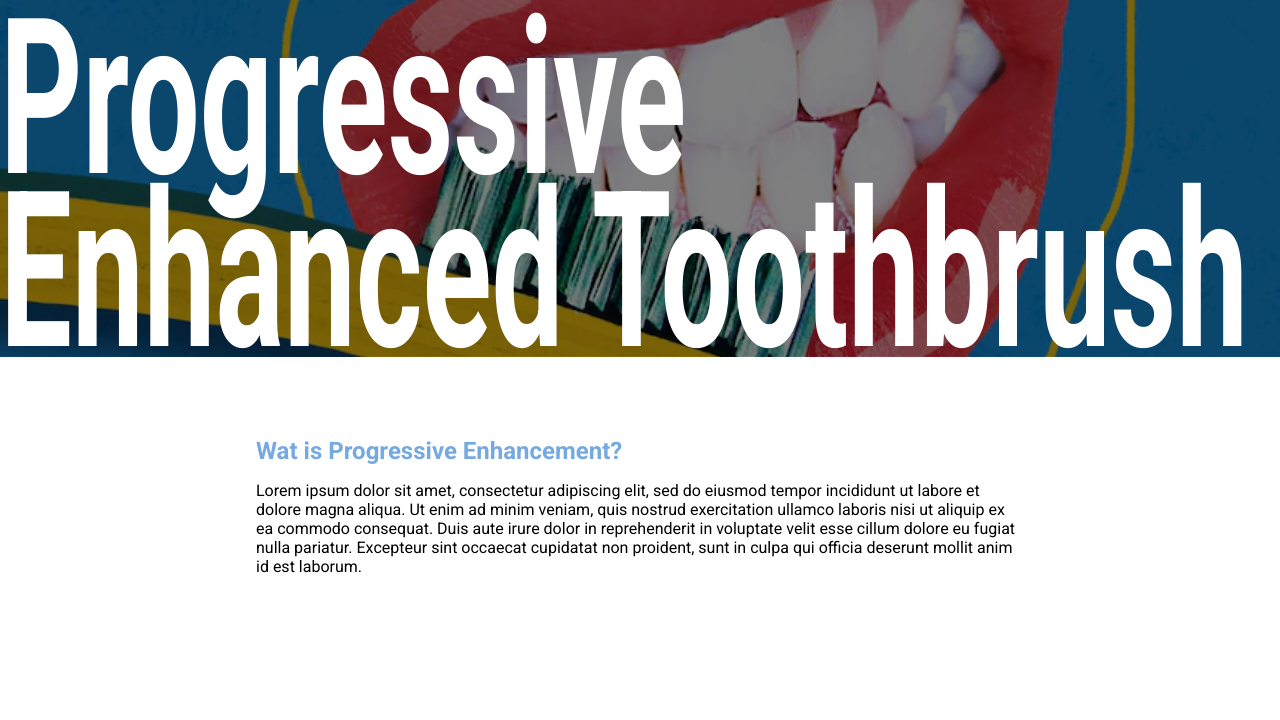
Repository: norakramer1/browser-technologies-2122
Page: progressive-enhanced-toothbrush-main/index.html
An editor plug-in stored every save of this project. The page is shown before and after the next save, followed by the edit.
The browser window is 1280 px wide. The pictures show the whole page.

Above is the page before, as saved 2022-03-23 12:23:08.

After the next save:
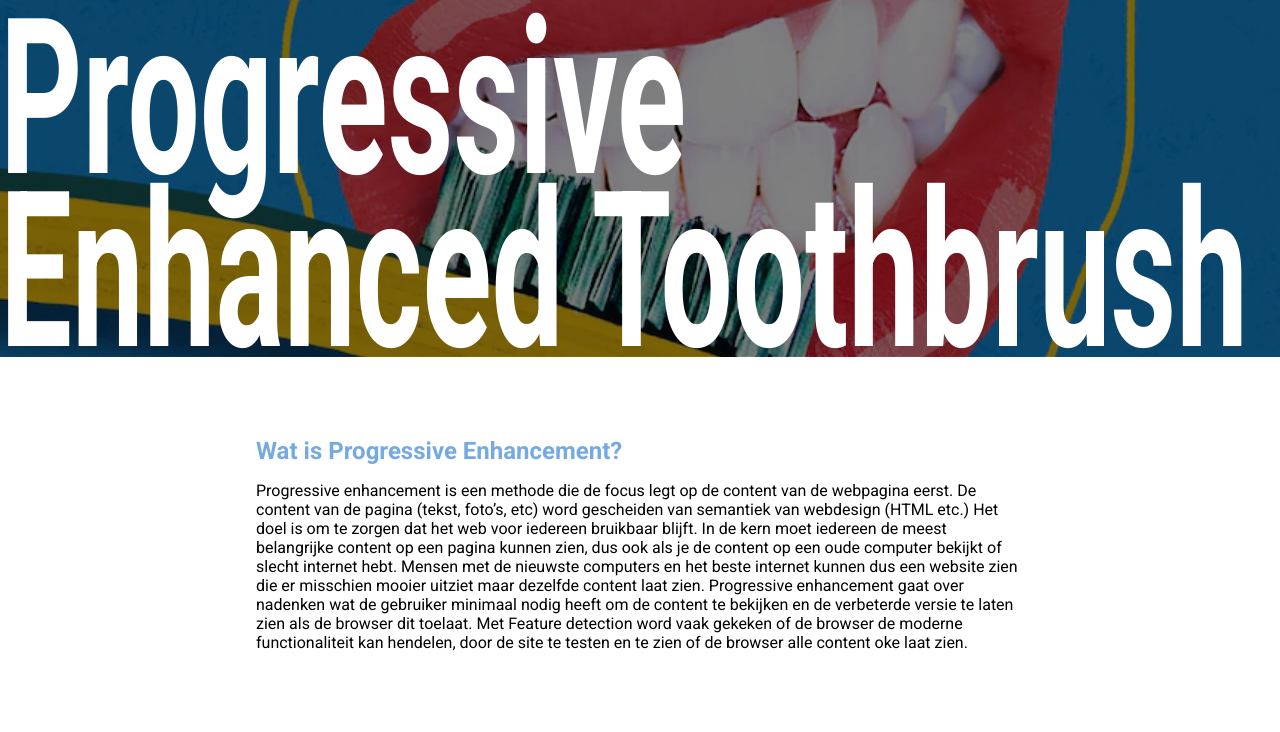
Saved 108 s later.
--- a/progressive-enhanced-toothbrush-main/index.html
+++ b/progressive-enhanced-toothbrush-main/index.html
@@ -15,7 +15,14 @@
     <main>
         <article>
             <h2>Wat is Progressive Enhancement?</h2>
-            <p>Lorem ipsum dolor sit amet, consectetur adipiscing elit, sed do eiusmod tempor incididunt ut labore et dolore magna aliqua. Ut enim ad minim veniam, quis nostrud exercitation ullamco laboris nisi ut aliquip ex ea commodo consequat. Duis aute irure dolor in reprehenderit in voluptate velit esse cillum dolore eu fugiat nulla pariatur. Excepteur sint occaecat cupidatat non proident, sunt in culpa qui officia deserunt mollit anim id est laborum.</p>
+            <p>Progressive enhancement is een methode die de focus legt
+               op de content van de webpagina eerst. De content van de pagina (tekst, foto’s, etc)
+               word gescheiden van semantiek van webdesign (HTML etc.) Het doel is om te zorgen dat het web voor iedereen bruikbaar blijft. In de kern moet iedereen de meest belangrijke
+               content op een pagina kunnen zien, dus ook als je de content op een oude computer bekijkt of slecht internet hebt. Mensen met de nieuwste computers en het beste internet
+               kunnen dus een website zien die er misschien mooier uitziet maar dezelfde content laat zien. Progressive enhancement gaat over nadenken wat de gebruiker minimaal nodig heeft
+               om de content te bekijken en de verbeterde versie te laten zien als de browser dit toelaat.
+
+               Met Feature detection word vaak gekeken of de browser de moderne functionaliteit kan hendelen, door de site te testen en te zien of de browser alle content oke laat zien.</p>
         </article>
     </main>
 
